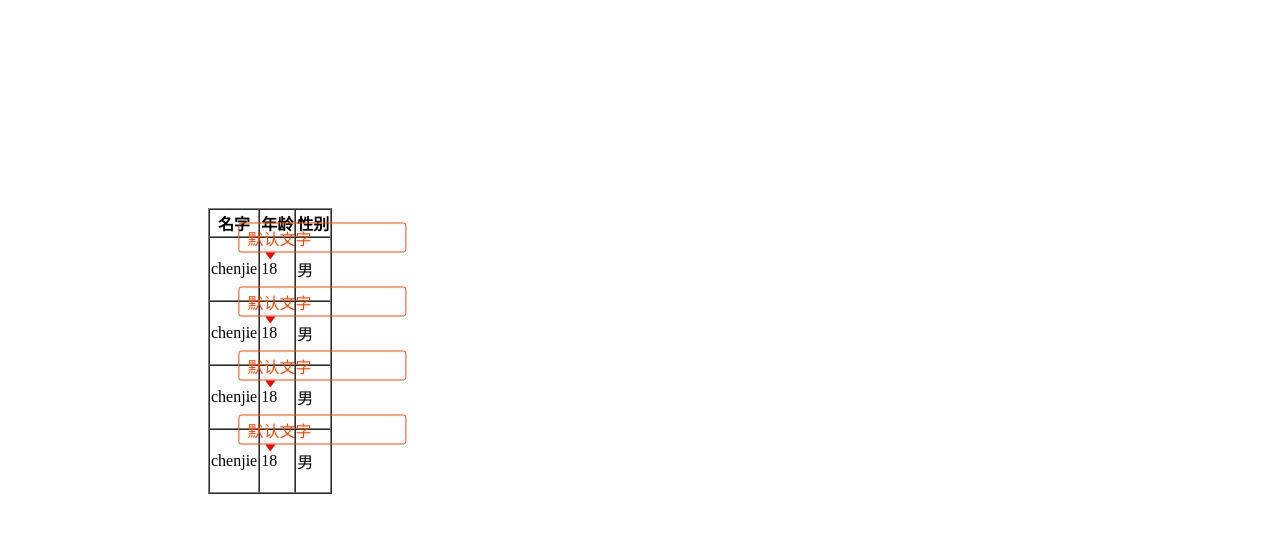
Repository: chenjieya/java
Page: index.html
These files come from the project's save history. The page is drawn as it stood at one moment and after a run of saves; the edit follows.
The browser window is 1280 px wide. The pictures show the whole page.

Above is the page before, as saved 2023-05-23 10:29:50.

### index.html
<!DOCTYPE html>
<html lang="en">
<head>
  <meta charset="UTF-8">
  <meta http-equiv="X-UA-Compatible" content="IE=edge">
  <meta name="viewport" content="width=device-width, initial-scale=1.0">
  <title>Document</title>
  <style>
    tr td {
      height: 60px;
    }

    /* tooltip弹框 */
    .tooltip {
      padding: 2px 8px;
      position: absolute;
      top: 50%;
      left: 50%;
      transform: translate(-23%, -155%);
      color: #f40;
      border: 1px solid #f40;
      min-width: 150px;
      border-radius: 3px;
    }
    /* tooltip下方的三角 */
    .tooltip::after {
      content: '';
      position: absolute;
      bottom: -8px;
      left: 26px;
      width: 0;
      height: 0;
      border-left: 5px solid transparent;
      border-right: 5px solid transparent;
      border-top: 7px solid red;
    }
  </style>
</head>
<body style="padding: 200px;">
  <table border="1" cellspacing="0">
    <tr>
      <th>名字</th>
      <th>年龄</th>
      <th>性别</th>
    </tr>
    <tr>
      <td>chenjie</td>
      <td field="SEX">18</td>
      <td>男</td>
    </tr>
    <tr>
      <td>chenjie</td>
      <td field="SEX">18</td>
      <td>男</td>
    </tr>
    <tr>
      <td>chenjie</td>
      <td field="SEX">18</td>
      <td>男</td>
    </tr>
    <tr>
      <td>chenjie</td>
      <td field="SEX">18</td>
      <td>男</td>
    </tr>
  </table>
  <script>
    // 获取所有符合要求的td
    const Otd = document.querySelectorAll('td[field="SEX"]');

    // 遍历td，向td内部添加tooltip
    for(let i = 0; i < Otd.length; i++) {
      Otd[i].style.position = 'relative';
      toolTip(Otd[i]);
    }

    // 生成tooltip并添加到dom中
    function toolTip(dom, text='默认文字') {
      const oDiv = document.createElement('div');
      oDiv.classList.add('tooltip');
      oDiv.innerText = `${text}`;
      dom.appendChild(oDiv);
    }
  </script>
</body>
</html>

After the next 2 saves:
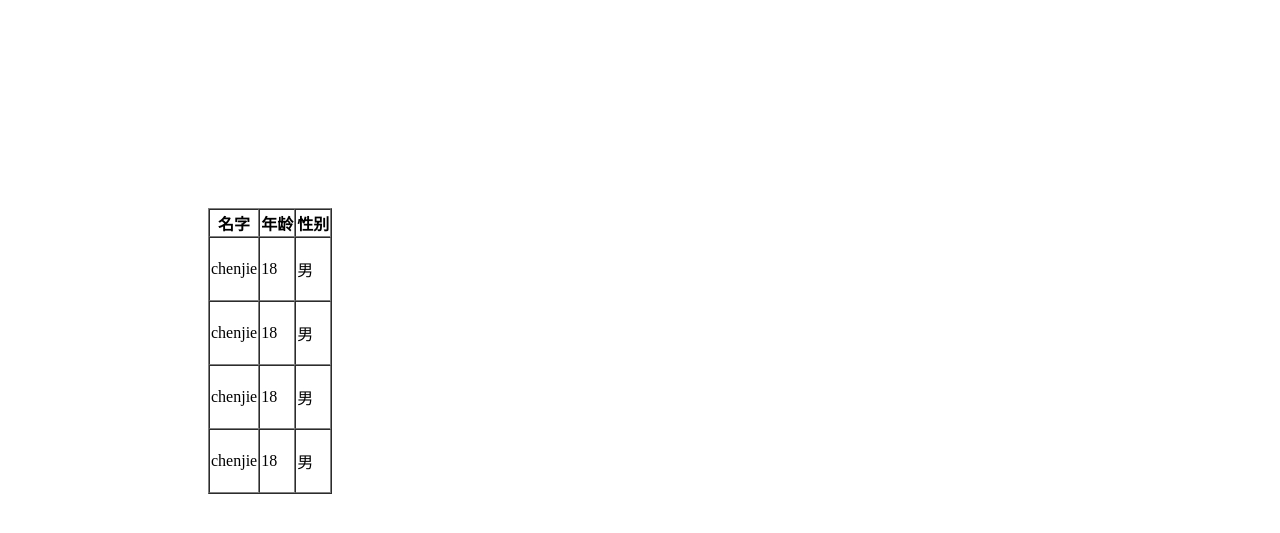
The 2 saves are shown as one change because they came seconds apart.
The last was saved 16 s later.
--- a/index.html
+++ b/index.html
@@ -70,8 +70,9 @@
 
     // 遍历td，向td内部添加tooltip
     for(let i = 0; i < Otd.length; i++) {
-      Otd[i].style.position = 'relative';
-      toolTip(Otd[i]);
+      // Otd[i].style.position = 'relative';
+      // toolTip(Otd[i]);
+
     }
 
     // 生成tooltip并添加到dom中
